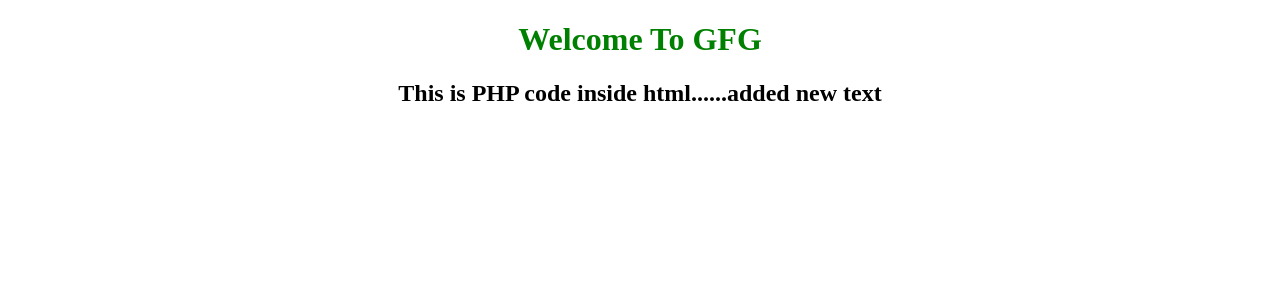
Repository: slevin2002/phpprojectgh
Page: http://localhost/example1.php
An editor plug-in stored every save of this project. The page is shown before and after the next save, followed by the edit.
The browser window is 1280 px wide. The pictures show the whole page.
The page is run by PHP 8.4 with error messages shown; the project is at /var/www/html/.

Above is the page before, as saved 2022-12-14 11:03:47.

### example1.php
<!DOCTYPE html>
<html>

<head>
	<style>
		h1 {
			color: green;
		}
	</style>
</head>

<body>
	<center>
		<h1>Welcome To GFG</h1>

		<h2>
			<?php
			echo "This is PHP code inside html......";
			echo "added new text";
			echo ""
			?>
		</h2>
	</center>
</body>

</html>

After the next save:
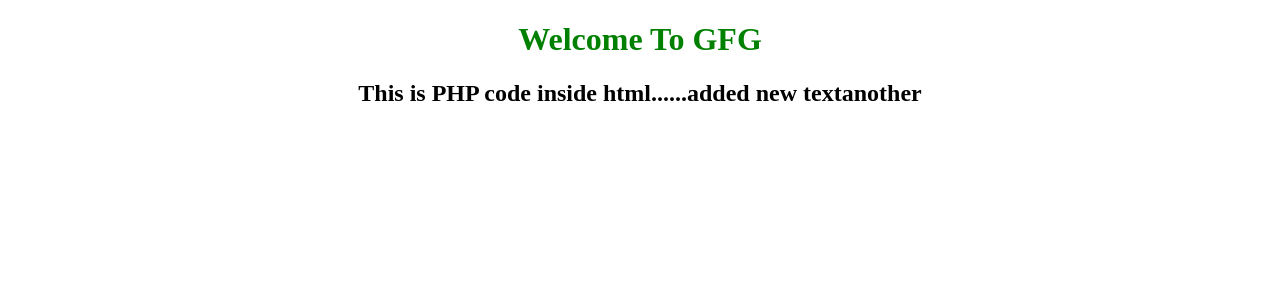
Saved 4 s later.
--- a/example1.php
+++ b/example1.php
@@ -17,7 +17,7 @@
 			<?php
 			echo "This is PHP code inside html......";
 			echo "added new text";
-			echo ""
+			echo "another"
 			?>
 		</h2>
 	</center>
